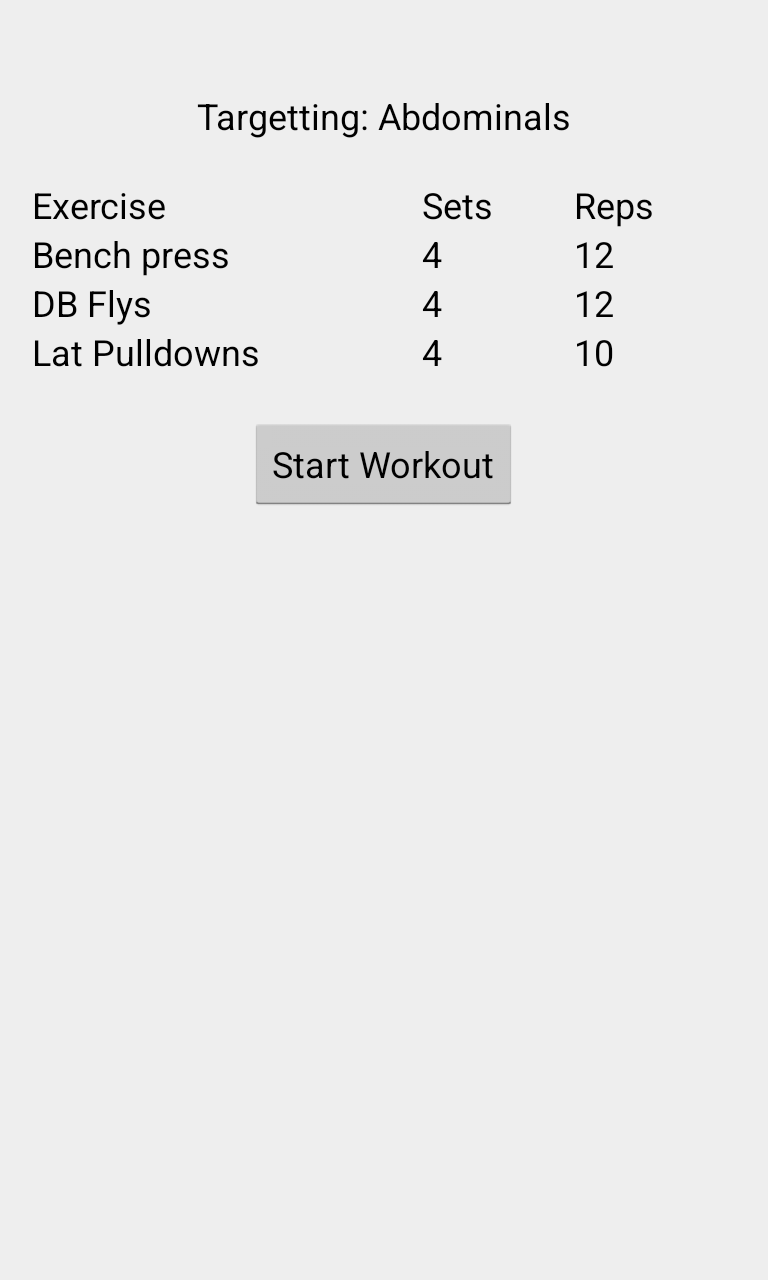
Repository: jmcdon09/EZWorkout
Layout: EzTrain/EzTrain/res/layout/activity_preview_workout.xml
The author's editor kept a copy of each file at every save. The layout is drawn from the files as they stood at one save, then again after the next save.
It is drawn on a 768 x 1280 px phone screen (xhdpi) without system bars, with theme AppTheme; the app's code is not run.

Above is the layout before, as saved 2014-03-30 14:45:56.

### EzTrain/EzTrain/res/layout/activity_preview_workout.xml
<LinearLayout xmlns:android="http://schemas.android.com/apk/res/android"
    xmlns:tools="http://schemas.android.com/tools"
    android:id="@+id/LinearLayout1"
    android:layout_width="match_parent"
    android:layout_height="match_parent"
    android:orientation="vertical"
    android:background="@color/background"
    android:paddingBottom="@dimen/activity_vertical_margin"
    android:paddingLeft="@dimen/activity_horizontal_margin"
    android:paddingRight="@dimen/activity_horizontal_margin"
    android:paddingTop="@dimen/activity_vertical_margin"
    tools:context=".PreviewWorkout" >

    <TextView
        android:id="@+id/preview_workout_name"
        android:layout_width="wrap_content"
        android:layout_height="wrap_content"
        android:layout_gravity="center"
        android:textAppearance="?android:attr/textAppearanceLarge" />

    <TextView
        android:id="@+id/preview_workout_muscle_group"
        android:layout_width="wrap_content"
        android:layout_height="wrap_content"
        android:layout_gravity="center"
        android:text="Targetting: Abdominals"
        android:textAppearance="?android:attr/textAppearanceMedium" />

    <TableLayout
        android:id="@+id/preview_exercises"
        android:layout_width="fill_parent"
        android:layout_height="wrap_content"
        android:layout_marginTop="20dp" >

        <TableRow
            android:id="@+id/tableRow1"
            android:layout_width="wrap_content"
            android:layout_height="wrap_content"
            android:weightSum="100" >

            <TextView
                android:id="@+id/table_exercise"
                android:layout_width="fill_parent"
                android:layout_height="wrap_content"
                android:layout_weight="50"
                android:text="@string/exercise"
                android:textAppearance="?android:attr/textAppearanceMedium" />

            <TextView
                android:id="@+id/table_sets"
                android:layout_width="fill_parent"
                android:layout_height="wrap_content"
                android:text="@string/sets"
                android:layout_weight="25"
                android:textAppearance="?android:attr/textAppearanceMedium" />

            <TextView
                android:id="@+id/table_reps"
                android:layout_width="fill_parent"
                android:layout_height="wrap_content"
                android:text="@string/reps"
                android:layout_weight="25"
                android:textAppearance="?android:attr/textAppearanceMedium" />

        </TableRow>

        <TableRow
            android:id="@+id/tableRow2"
            android:layout_width="wrap_content"
            android:layout_height="wrap_content"
            android:weightSum="100" >

            <TextView
                android:id="@+id/exercise1"
                android:layout_width="fill_parent"
                android:layout_height="wrap_content"
                android:text="@string/exercise1"
                android:layout_weight="50"
                android:textAppearance="?android:attr/textAppearanceMedium"/>

            <TextView
                android:id="@+id/set1"
                android:layout_width="fill_parent"
                android:layout_height="wrap_content"
                android:text="@string/set1"
                android:layout_weight="25"
                android:textAppearance="?android:attr/textAppearanceMedium" />

            <TextView
                android:id="@+id/rep1"
                android:layout_width="fill_parent"
                android:layout_height="wrap_content"
                android:text="@string/rep1"
                android:layout_weight="25"
                android:textAppearance="?android:attr/textAppearanceMedium" />

        </TableRow>

        <TableRow
            android:id="@+id/tableRow3"
            android:layout_width="wrap_content"
            android:layout_height="wrap_content"
            android:weightSum="100" >

            <TextView
                android:id="@+id/exercise2"
                android:layout_width="fill_parent"
                android:layout_height="wrap_content"
                android:text="DB Flys"
                android:layout_weight="50"
                android:textAppearance="?android:attr/textAppearanceMedium"/>

            <TextView
                android:id="@+id/set2"
                android:layout_width="fill_parent"
                android:layout_height="wrap_content"
                android:text="4"
                android:layout_weight="25"
                android:textAppearance="?android:attr/textAppearanceMedium" />

            <TextView
                android:id="@+id/rep2"
                android:layout_width="fill_parent"
                android:layout_height="wrap_content"
                android:text="12"
                android:layout_weight="25"
                android:textAppearance="?android:attr/textAppearanceMedium" />

        </TableRow>

        <TableRow
            android:id="@+id/tableRow4"
            android:layout_width="wrap_content"
            android:layout_height="wrap_content"
            android:weightSum="100" >

            <TextView
                android:id="@+id/exercise3"
                android:layout_width="fill_parent"
                android:layout_height="wrap_content"
                android:layout_weight="50"
                android:text="Lat Pulldowns"
                android:textAppearance="?android:attr/textAppearanceMedium"/>

            <TextView
                android:id="@+id/set3"
                android:layout_width="fill_parent"
                android:layout_height="wrap_content"
                android:layout_weight="25"
                android:text="4"
                android:textAppearance="?android:attr/textAppearanceMedium" />

            <TextView
                android:id="@+id/rep3"
                android:layout_width="fill_parent"
                android:layout_height="wrap_content"
                android:layout_weight="25"
                android:text="10"
                android:textAppearance="?android:attr/textAppearanceMedium" />

        </TableRow>
    </TableLayout>

    <Button
        android:id="@+id/preview_to_start"
        android:layout_width="wrap_content"
        android:layout_height="wrap_content"
        android:layout_marginTop="20dp"
        android:layout_gravity="center"
        android:text="@string/start_workout" />

</LinearLayout>

### EzTrain/EzTrain/res/values-v11/styles.xml
<?xml version="1.0" encoding="utf-8"?>
<resources>

    <!--
        Base application theme for API 11+. This theme completely replaces
        AppBaseTheme from res/values/styles.xml on API 11+ devices.
    -->
    <style name="AppBaseTheme" parent="android:Theme.Holo.Light">
        <!-- API 11 theme customizations can go here. -->
    </style>

    <style name="FullscreenTheme" parent="android:Theme.Holo">
        <item name="android:actionBarStyle">@style/FullscreenActionBarStyle</item>
        <item name="android:windowActionBarOverlay">true</item>
        <item name="android:windowBackground">@null</item>
        <item name="buttonBarStyle">?android:attr/buttonBarStyle</item>
        <item name="buttonBarButtonStyle">?android:attr/buttonBarButtonStyle</item>
    </style>

    <style name="FullscreenActionBarStyle" parent="android:Widget.Holo.Light.ActionBar">
        <item name="android:background">@color/action_bar_background</item>
        <item name="android:actionMenuTextColor">@color/black_overlay</item>
    </style>

</resources>

### EzTrain/EzTrain/res/values-v14/styles.xml
<resources xmlns:android="http://schemas.android.com/apk/res/android">

    <!--
        Base application theme for API 14+. This theme completely replaces
        AppBaseTheme from BOTH res/values/styles.xml and
        res/values-v11/styles.xml on API 14+ devices.
    -->
    <style name="AppBaseTheme" parent="@android:style/Theme.Holo.Light.DarkActionBar">
        <!-- API 14 theme customizations can go here. -->
        <item name="android:actionBarStyle">@style/MyActionBar</item>


    </style>

    <style name="MyActionBar" parent="@android:style/Widget.Holo.Light.ActionBar">
        <item name="android:background">@color/action_bar_background</item>
        <item name="android:titleTextStyle">@style/MyActionBarTitle</item>
    </style>

	<style name="MyActionBarTitle" parent="@android:style/TextAppearance.Holo.Widget.ActionBar.Title">
	    <item name="android:textColor">@color/title</item>

	</style>

	<style name="LargeTableText">
	    <item name="android:textAppearance">?android:attr/textAppearanceSmall</item>
	</style>



</resources>

### EzTrain/EzTrain/res/values/colors.xml
<resources>

    <color name="action_bar_background">#4db6af</color>
    <color name="black_overlay">#66000000</color>
    <color name="background">#eee</color>
    <color name="font">#444</color>
    <color name="accent">#ccc</color>
    <color name="title">#FFF</color>

</resources>

### EzTrain/EzTrain/res/values/strings.xml
<?xml version="1.0" encoding="utf-8"?>
<resources>

    <string name="app_name">EZWorkout</string>

    <string-array name="muscle_groups">
        <item>Arms</item>
        <item>Abdominals</item>
        <item>Chest</item>
        <item>Back</item>
        <item>Legs</item>
        <item>Shoulders</item>
    </string-array>

    <string-array name="my_workouts">
        <item>Biceps</item>
        <item>Major Chest Workout</item>
        <item>Destroyer of Arms</item>
        <item>Ab Crusher</item>
    </string-array>

    <string-array name="chest">
        <item>Benchpress</item>
        <item>Butterflys</item>
        <item>Push Ups</item>
        <item>Iron Cross</item>
        <item>Decline Dumbell Press</item>
        <item></item>
    </string-array>

    <string-array name="arms">
        <item>Bicep Curls</item>
        <item>Spider Curls</item>
        <item>Tricep Dips</item>
        <item>Skullcrushers</item>
        <item>French Press</item>
    </string-array>

    <string-array name="shoudlers">
        <item>Shoulder Abduction</item>
        <item>Military Press</item>
    </string-array>

    <string-array name="abdominals">
        <item>Crunches</item>
        <item>Russian Twists</item>
        <item>Sit-ups</item>
        <item>Toe Touches</item>
    </string-array>

    <string-array name="legs">
        <item>One Legged Squats</item>
        <item>Romanian Deadlifts</item>
        <item>Trap Bar Deadlifts</item>
        <item>Box Jumps</item>
    </string-array>

    <string-array name="back">
        <item>Standing Good Mornings</item>
        <item>Seated Good Mornings</item>
        <item>Reverse Hypers</item>
        <item>Chin Ups</item>
    </string-array>

    <string name="workout_now">Start Workout</string>
    <string name="progress">My Progress</string>
    <string name="design_work">Design Workout</string>
    <string name="title_activity_start_workout">Start Workout</string>
    <string name="title_activity_my_progress">My Progress</string>
    <string name="title_activity_design_workout">Design Workout</string>
    <string name="title_activity_add_exercises">Add Exercises</string>
    <string name="title_activity_create_exercise">Create Exercise</string>
    <string name="title_activity_preview_workout">Preview Workout</string>
    <string name="title_activity_my_workouts">My Workouts</string>
    <string name="title_activity_workout">Workout</string>
    <string name="title_activity_active_workout">Active Workout</string>
    <string name="workout_name">Workout Name</string>
    <string name="return_workout"></string>
    <string name="action_settings">Action Settings</string>
    <string name="add_exercise_to_workout">Add Exercises to </string>
    <string name="add_exercise">Add Exercise</string>
    <string name="begin_design">Start Design</string>
    <string name="create_exercise">Create Exercise</string>
    <string name="muscle_group">Muscle Group</string>
    <string name="workout_description">Workout Description</string>
    <string name="my_workouts">My Workouts</string>
    <string name="start_workout">Start Workout</string>
    <string name="browse_workouts">Browse Workouts</string>
    <string name="exercise_name">Exercise Name</string>
    <string name="rep_hint">Rep hint goes here</string>
    <string name="action_home">Home</string>
    <string name="exercise1">Bench press </string>
    <string name="set1">4</string>
    <string name="rep1">12</string>
    <string name="hello_world">Hello world!</string>
    <string name="preview_workout">Preview Workout</string>
    <string name="title_activity_preview_design">Preview Design</string>
    <string name="exercise">Exercise</string>
    <string name="sets">Sets</string>
    <string name="reps">Reps</string>
    <string name="weight">Weight</string>
    <string name="error_design_fill_sections">Fill out all sections before clicking Add Exercise!</string>
    <string name="error_empty_preview">Need at least one exercise added before preview!</string>
    <string name="save_workout">Save Workout</string>



</resources>

Loaded but not shown: EzTrain/EzTrain/res/values/styles.xml (common file); EzTrain/EzTrain/res/values/dimens.xml (common file)

After the next save:
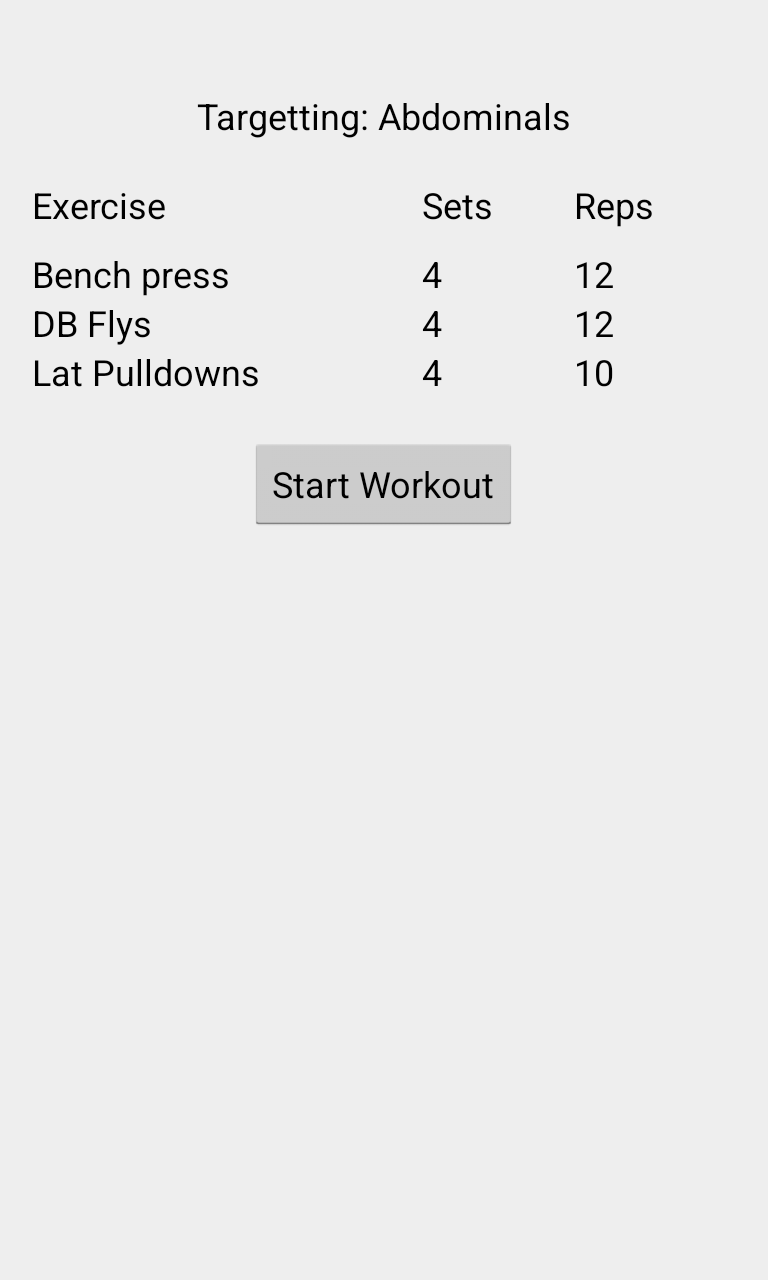
Saved 27 s later.
--- a/EzTrain/EzTrain/res/layout/activity_preview_workout.xml
+++ b/EzTrain/EzTrain/res/layout/activity_preview_workout.xml
@@ -36,7 +36,8 @@
             android:id="@+id/tableRow1"
             android:layout_width="wrap_content"
             android:layout_height="wrap_content"
-            android:weightSum="100" >
+            android:weightSum="100"
+            android:layout_marginBottom="10dp" >
 
             <TextView
                 android:id="@+id/table_exercise"
